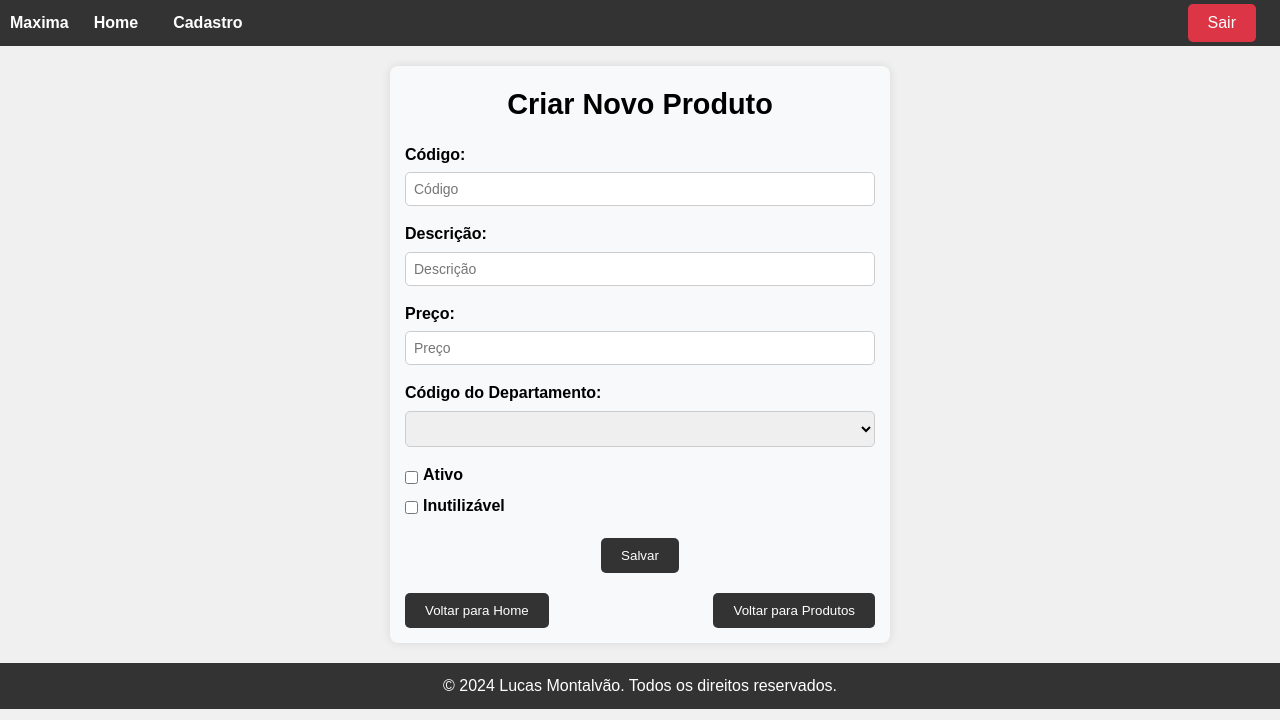
Repository: LucasMontalvao1/ProjetoMaxima
Page: /produto/criar (app in AngularMaxima/)
The author's editor kept a copy of each file at every save. The page is drawn from the files as they stood at one save, then again after the next save.
The browser window is 1280 px wide. The pictures show the whole page.
The page's requests for data from a server got no answer. The project was rebuilt for these pictures with package versions that can differ from the ones it lists, and the page was loaded fresh each time. No one was signed in, and anything a server would have sent is missing. Also part of the build but not shown: AngularMaxima/angular.json, AngularMaxima/src/app/pages/login/login.component.ts, AngularMaxima/src/app/pages/home/home.component.ts, AngularMaxima/src/app/pages/produto/produto.component.ts, AngularMaxima/src/app/pages/departamento/departamento.component.ts.

Above is the page before, as saved 2024-07-14 22:15:08.

### AngularMaxima/src/index.html
<!doctype html>
<html lang="en">
<head>
  <meta charset="utf-8">
  <title>AngularMaxima</title>
  <base href="/">
  <meta name="viewport" content="width=device-width, initial-scale=1">
  <link rel="icon" type="image/x-icon" href="favicon.ico">
</head>
<body>
  <app-root></app-root>
</body>
</html>

### AngularMaxima/src/styles.css
* {
  margin: 0;
  padding: 0;
  box-sizing: border-box;
}

body {
  font-family: Arial, sans-serif;
  background-color: #f0f0f0;
  font-size: 16px;
  line-height: 1.6;
}

.container {
  display: flex;
  flex-direction: column;
  justify-content: space-between;
  min-height: 100vh;
}

### AngularMaxima/src/app/app.module.ts
import { NgModule } from '@angular/core';
import { BrowserModule } from '@angular/platform-browser';

import { AppRoutingModule } from './app-routing.module';
import { AppComponent } from './app.component';
import { LoginComponent } from './pages/login/login.component';
import { ReactiveFormsModule } from '@angular/forms';
import { HttpClientModule } from '@angular/common/http';
import { AuthService } from './services/auth.service';
import { HomeComponent } from './pages/home/home.component';
import { MenuComponent } from './layout/menu/menu.component';
import { FooterComponent } from './layout/footer/footer.component';
import { ProdutosComponent } from './pages/produto/produto.component';
import { DepartamentoComponent } from './pages/departamento/departamento.component';
import { ProdutosCriarComponent } from '../../src/app/pages/produto/produto-criar/produto-criar.component';

@NgModule({
  declarations: [
    AppComponent,
    LoginComponent,
    HomeComponent,
    MenuComponent,
    FooterComponent,
    ProdutosComponent,
    DepartamentoComponent,
    ProdutosCriarComponent,

  ],
  imports: [
    BrowserModule,
    AppRoutingModule,
    ReactiveFormsModule,
    HttpClientModule
  ],
  providers: [AuthService],
  bootstrap: [AppComponent]
})
export class AppModule { }

### AngularMaxima/src/app/app-routing.module.ts
import { NgModule } from '@angular/core';
import { RouterModule, Routes } from '@angular/router';
import { LoginComponent } from './pages/login/login.component';
import { HomeComponent } from './pages/home/home.component';
import { ProdutosComponent } from './pages/produto/produto.component';
import { DepartamentoComponent } from './pages/departamento/departamento.component';
import { ProdutosCriarComponent } from './pages/produto/produto-criar/produto-criar.component';

const routes: Routes = [
  { path: '', redirectTo: '/login', pathMatch: 'full'},
  { path: 'login', component: LoginComponent},
  { path: 'home', component: HomeComponent},
  { path: 'produto', component: ProdutosComponent},
  { path: 'produto/criar', component: ProdutosCriarComponent},
  { path: 'departamento', component: DepartamentoComponent},
];

@NgModule({
  imports: [RouterModule.forRoot(routes)],
  exports: [RouterModule]
})
export class AppRoutingModule { }

### AngularMaxima/src/app/app.component.ts
import { Component } from '@angular/core';

@Component({
  selector: 'app-root',
  templateUrl: './app.component.html',
  styleUrls: ['./app.component.css']
})
export class AppComponent {
  title = 'AngularMaxima';
}

### AngularMaxima/src/app/services/auth.service.ts
import { Injectable } from '@angular/core';
import { HttpClient } from '@angular/common/http';
import { Observable } from 'rxjs';
import { environment } from '../../../src/environments/environment';
import { Router } from '@angular/router';

@Injectable({
  providedIn: 'root'
})
export class AuthService {

  private apiUrl = environment.apiUrl;

  constructor(private http: HttpClient, private router: Router) { }

  login(username: string, password: string): Observable<any> {
    const body = { username, password };
    return this.http.post<any>(`${this.apiUrl}/login`, body, { responseType: 'text' as 'json' });
  }

    logout() {
    this.router.navigate(['/login']);
    }
}

### AngularMaxima/src/app/layout/menu/menu.component.ts
import { Component } from '@angular/core';
import { AuthService } from '../../services/auth.service';

@Component({
  selector: 'app-menu',
  templateUrl: './menu.component.html',
  styleUrls: ['./menu.component.css']
})
export class MenuComponent {

  constructor(private authService: AuthService) {}

  logout() {
    this.authService.logout();
  }
}

### AngularMaxima/src/app/pages/produto/produto-criar/produto-criar.component.ts
import { Component, OnInit } from '@angular/core';
import { FormBuilder, FormGroup, Validators } from '@angular/forms';
import { Router } from '@angular/router';
import { ProdutoService } from '../../../services/produto.service';
import { DepartamentoService } from 'src/app/services/departamento.service';
import { Departamento } from 'src/app/models/departamento.model';

@Component({
  selector: 'app-produtos-criar',
  templateUrl: './produto-criar.component.html',
  styleUrls: ['./produto-criar.component.css']
})
export class ProdutosCriarComponent implements OnInit {

  produtoForm!: FormGroup;
  departamentosAtivos: Departamento[] = [];

  constructor(
    private formBuilder: FormBuilder,
    private router: Router,
    private produtoService: ProdutoService,
    private departamentoService: DepartamentoService
  ) {}

  ngOnInit(): void {
    this.produtoForm = this.formBuilder.group({
      codigo: ['', Validators.required],
      descricao: ['', Validators.required],
      preco: ['', Validators.required],
      departamentoCodigo: ['', Validators.required],
      status: [false],
      inutilizavel: [false]
    });

    this.carregarDepartamentos();
  }

  carregarDepartamentos() {
    this.departamentoService.getAllDepartamentos().subscribe(
      (data: Departamento[]) => {
        this.departamentosAtivos = data;
      },
      (error) => {
        console.error('Erro ao carregar departamentos:', error);
      }
    );
  }

  onSubmit() {
    if (this.produtoForm.valid) {
      const statusValue = this.produtoForm.get('status')?.value ? 1 : 0;
      const inutilizavelValue = this.produtoForm.get('inutilizavel')?.value ? 1 : 0;

      const { codigo, descricao, preco, departamentoCodigo } = this.produtoForm.value;

      this.produtoService.createProduto(
        codigo,
        descricao,
        preco,
        departamentoCodigo,
        statusValue,
        inutilizavelValue
      ).subscribe(
        (response) => {
          console.log('Produto criado com sucesso:', response);
          this.router.navigate(['/produtos']);
        },
        (error) => {
          console.error('Erro ao criar produto:', error);
        }
      );
    } else {
      console.error('Formulário inválido. Verifique os campos.');
    }
  }

  voltarParaHome() {
    this.router.navigate(['/home']);
  }

  voltarParaProdutos() {
    this.router.navigate(['/produtos']);
  }
}

### AngularMaxima/src/environments/environment.ts
export const environment = {
  production: false,
  apiUrl: 'https://localhost:7041'
};

### AngularMaxima/src/app/layout/menu/menu.component.html
<div class="menu-container">
  <nav class="menu">
    <ul>
      <li>Maxima</li>
      <li><a routerLink="/home">Home</a></li>
      <li class="cadastro">
        <a>Cadastro</a>
        <div class="submenu">
          <a routerLink="/produto">Produtos</a>
          <a routerLink="/departamento">Departamentos</a>
        </div>
      </li>
    </ul>
  </nav>

  <div class="user-actions">
    <button class="logout-button" (click)="logout()">Sair</button>
  </div>
</div>

### AngularMaxima/src/app/layout/menu/menu.component.css
.menu {
  background-color: #333;
  color: white;
  padding: 10px;
  display: flex;
  justify-content: space-between;
  align-items: center;
  width: 100%;
}

.menu ul {
  list-style-type: none;
  display: flex;
}

.menu ul li {
  margin-right: 15px;
  position: relative;
  font-weight: bold;
}

.menu ul li a {
  color: white;
  text-decoration: none;
  font-weight: bold;
  padding: 10px;
  position: relative;
}

.menu ul li a:hover {
  text-decoration: underline;
}

.submenu {
  display: none;
  position: absolute;
  background-color: #333;
  padding: 10px;
  top: 100%;
  left: 0;
  z-index: 1;
  width: 200px;
}

.menu ul li.cadastro:hover .submenu {
  display: block;
}

.submenu a {
  display: block;
  color: white;
  text-decoration: none;
  padding: 8px 12px;
}

.submenu a:hover {
  background-color: #555;
}

.user-actions {
  margin-left: auto;
}

.logout-button {
  background-color: #dc3545;
  color: white;
  border: none;
  padding: 10px 20px;
  border-radius: 5px;
  cursor: pointer;
  font-size: 1rem;
  margin: 4px;
}

.logout-button:hover {
  background-color: #c82333;
}

.header {
  position: fixed;
  top: 0;
  left: 0;
  width: 100%;
  background-color: #333;
  color: white;
  padding: 10px 20px;
  display: flex;
  justify-content: space-between;
  align-items: center;
}

.menu-container {
  display: flex;
  align-items: center;
}

.user-actions {
  position: absolute;
  top: 0;
  right: 20px;
}

### AngularMaxima/src/app/layout/footer/footer.component.html
<footer class="footer">
  <p>&copy; 2024 Lucas Montalvão. Todos os direitos reservados.</p>
</footer>

### AngularMaxima/src/app/layout/footer/footer.component.css
.footer {
  background-color: #333;
  color: white;
  text-align: center;
  padding: 10px 0;
  width: 100%;
  bottom: 0;
  left: 0;
  z-index: 1000;
}

### AngularMaxima/src/app/services/produto.service.ts
import { Injectable } from '@angular/core';
import { HttpClient } from '@angular/common/http';
import { Observable } from 'rxjs';
import { environment } from '../../../src/environments/environment';
import { Produto } from '../models/produto.model';

@Injectable({
  providedIn: 'root'
})
export class ProdutoService {

  private apiUrl = environment.apiUrl + '/produto';

  constructor(private http: HttpClient) { }

  getAllProdutos(): Observable<Produto[]> {
    return this.http.get<Produto[]>(this.apiUrl);
  }

  getProdutoById(id: number): Observable<Produto> {
    const url = `${this.apiUrl}/${id}`;
    return this.http.get<Produto>(url);
  }

  createProduto(codigo: string, descricao: string, preco: number, departamentoCodigo: string, status: number, inutilizavel: number): Observable<Produto> {
    const produto = {
      id: 0,
      codigo,
      descricao,
      departamentoCodigo,
      preco,
      status,
      inutilizavel
    };

    return this.http.post<Produto>(this.apiUrl, produto);
  }

  updateProduto(id: number, produto: Produto): Observable<Produto> {
    const url = `${this.apiUrl}/${id}`;
    return this.http.put<Produto>(url, produto);
  }

  deleteProduto(id: number): Observable<any> {
    const url = `${this.apiUrl}/${id}`;
    return this.http.delete<any>(url);
  }
}

### AngularMaxima/src/app/services/departamento.service.ts
import { Injectable } from '@angular/core';
import { HttpClient } from '@angular/common/http';
import { Observable } from 'rxjs';
import { environment } from '../../environments/environment';
import { Departamento } from '../models/departamento.model';

@Injectable({
  providedIn: 'root'
})
export class DepartamentoService {

  private apiUrl = environment.apiUrl + '/departamento';

  constructor(private http: HttpClient) { }

  getAllDepartamentos(): Observable<Departamento[]> {
    return this.http.get<Departamento[]>(this.apiUrl);
  }

  getDepartamentoByCodigo(codigo: string): Observable<Departamento> {
    return this.http.get<Departamento>(`${this.apiUrl}/codigo/${codigo}`);
  }

  createDepartamento(departamento: Departamento): Observable<Departamento> {
    return this.http.post<Departamento>(this.apiUrl, departamento);
  }

  updateDepartamento(id: number, departamento: Departamento): Observable<Departamento> {
    return this.http.put<Departamento>(`${this.apiUrl}/${id}`, departamento);
  }

  deleteDepartamento(id: number): Observable<any> {
    return this.http.delete<any>(`${this.apiUrl}/${id}`);
  }
}

### AngularMaxima/src/app/pages/produto/produto-criar/produto-criar.component.html
<app-menu></app-menu>

<div class="container">
  <div class="form-container">
    <h2 class="titulo">Criar Novo Produto</h2>
    <form *ngIf="produtoForm" [formGroup]="produtoForm" (ngSubmit)="onSubmit()">
      <div class="form-group">
        <label for="codigo">Código:</label>
        <input type="text" class="form-control" id="codigo" formControlName="codigo" placeholder="Código">
        <div *ngIf="produtoForm.get('codigo')?.invalid && produtoForm.get('codigo')?.touched" class="invalid-feedback">
          Código é obrigatório.
        </div>
      </div>
      <div class="form-group">
        <label for="descricao">Descrição:</label>
        <input type="text" class="form-control" id="descricao" formControlName="descricao" placeholder="Descrição">
        <div *ngIf="produtoForm.get('descricao')?.invalid && produtoForm.get('descricao')?.touched" class="invalid-feedback">
          Descrição é obrigatória.
        </div>
      </div>
      <div class="form-group">
        <label for="preco">Preço:</label>
        <input type="number" class="form-control" id="preco" formControlName="preco" placeholder="Preço">
        <div *ngIf="produtoForm.get('preco')?.invalid && produtoForm.get('preco')?.touched" class="invalid-feedback">
          Preço é obrigatório.
        </div>
      </div>
      <div class="form-group">
        <label for="departamentoCodigo">Código do Departamento:</label>
        <select class="form-control" id="departamentoCodigo" formControlName="departamentoCodigo">
          <option *ngFor="let departamento of departamentosAtivos" [value]="departamento.codigo">{{ departamento.descricao }}</option>
        </select>
        <div *ngIf="produtoForm.get('departamentoCodigo')?.invalid && produtoForm.get('departamentoCodigo')?.touched" class="invalid-feedback">
          Código do Departamento é obrigatório.
        </div>
      </div>
      <div class="form-group">
        <div class="form-check-inline">
          <input type="checkbox" class="form-check-input" id="status" formControlName="status">
          <label class="form-check-label" for="status">Ativo</label>
        </div>
        <div class="form-check-inline">
          <input type="checkbox" class="form-check-input" id="inutilizavel" formControlName="inutilizavel">
          <label class="form-check-label" for="inutilizavel">Inutilizável</label>
        </div>
      </div>
      <button type="submit" class="btn btn-primary mt-3">Salvar</button>
    </form>
    <div class="button-group mt-3">
      <button class="btn btn-secondary" routerLink="/home">Voltar para Home</button>
      <button class="btn btn-secondary" routerLink="/produto">Voltar para Produtos</button>
    </div>
  </div>
</div>


<app-footer></app-footer>

### AngularMaxima/src/app/pages/produto/produto-criar/produto-criar.component.css
.container {
  display: flex;
  justify-content: center;
  align-items: center;
  min-height: calc(100vh - 140px);
  padding-top: 20px;
  padding-bottom: 20px;
}

.form-container {
  max-width: 500px;
  width: 100%;
  padding: 15px;
  background-color: #f8f9fa;
  border-radius: 8px;
  box-shadow: 0 0 10px rgba(0, 0, 0, 0.1);
  text-align: center;
}

.titulo {
  font-size: 1.8rem;
  margin-bottom: 15px;
}

.form-group {
  margin-bottom: 15px;
  text-align: left;
}

.form-group label {
  display: block;
  margin-bottom: 5px;
  font-weight: bold;
}

.form-group .form-control {
  width: 100%;
  padding: 8px;
  font-size: 14px;
  border: 1px solid #ccc;
  border-radius: 5px;
}

.form-check {
  display: flex;
  align-items: center;
  margin-bottom: 10px;
}

.form-check-inline {
  display: flex;
  align-items: center;
  margin-right: 20px;
}

.form-check-label {
  margin-left: 5px;
}

.invalid-feedback {
  color: #dc3545;
  font-size: 14px;
  margin-top: 5px;
}

.btn-primary {
  background-color: #333;
  color: white;
  border: none;
  padding: 10px 20px; /* Ajustar o padding do botão */
  border-radius: 5px;
  cursor: pointer;
}

.btn-primary:hover {
  background-color: #0056b3;
}

.btn-secondary {
  background-color: #333;
  color: white;
  border: none;
  padding: 10px 20px;
  border-radius: 5px;
  cursor: pointer;
}

.btn-secondary:hover {
  background-color: #0056b3;
}

.button-group {
  display: flex;
  justify-content: space-between;
  margin-top: 20px;
}

Loaded but not shown: AngularMaxima/src/main.ts (common file); AngularMaxima/src/app/layout/footer/footer.component.ts (common file); AngularMaxima/src/app/app.component.html (common file); AngularMaxima/src/app/app.component.css (no stored copy; drawn as an empty file)

After the next save:
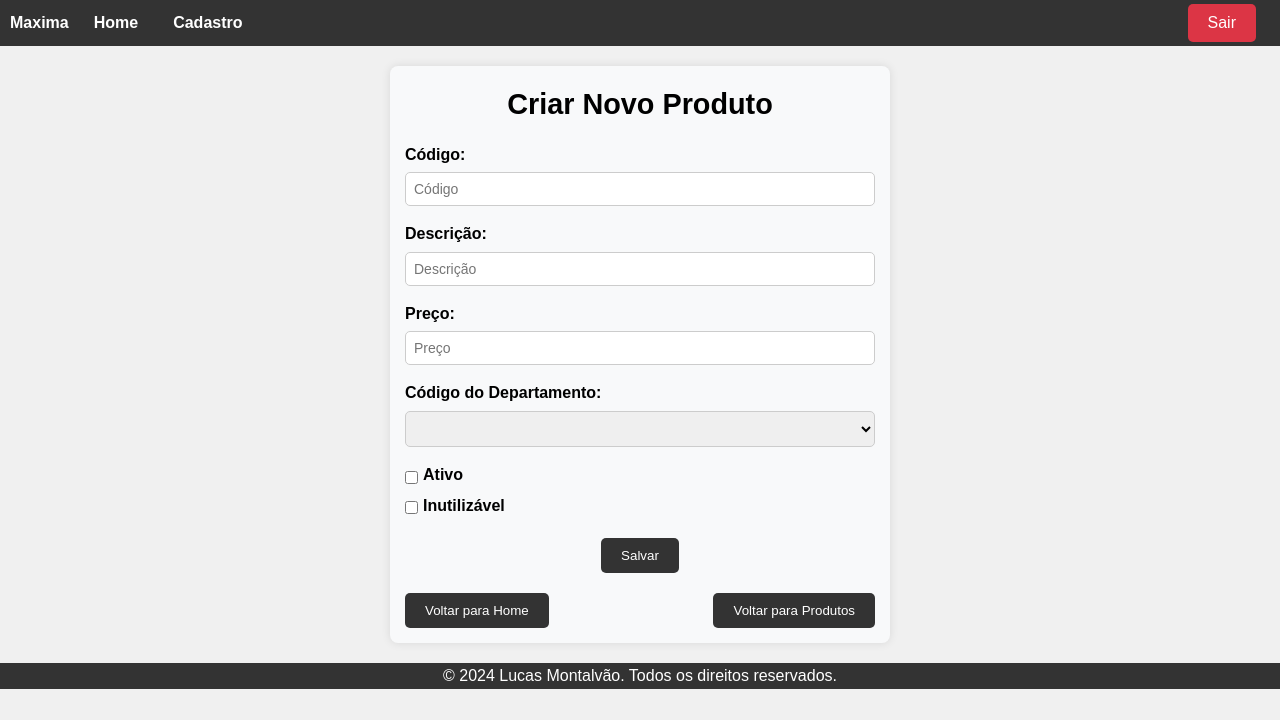
Saved 4 s later.
--- a/AngularMaxima/src/app/layout/footer/footer.component.css
+++ b/AngularMaxima/src/app/layout/footer/footer.component.css
@@ -2,7 +2,6 @@
   background-color: #333;
   color: white;
   text-align: center;
-  padding: 10px 0;
   width: 100%;
   bottom: 0;
   left: 0;
